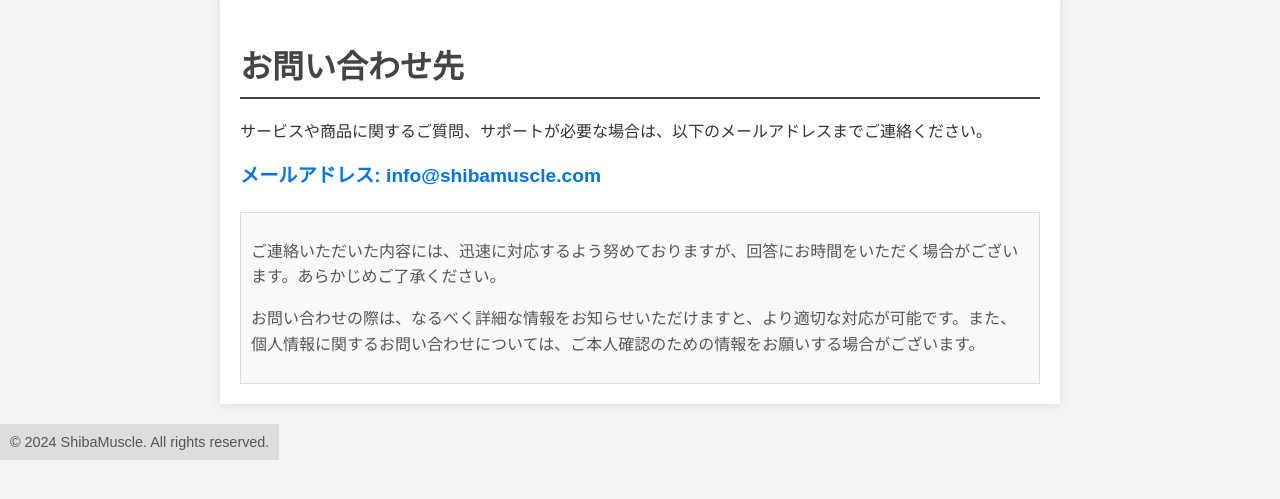
Repository: Takahshiba/shibamuscle.github.io
Page: ShibaMuscle/Others/Contact.html
The author's editor kept a record of every edit. The page is drawn from the files as they stood at one moment, then again after the next edit.
The browser window is 1280 px wide. The pictures show the whole page.

Above is the page before.

After the next edit:
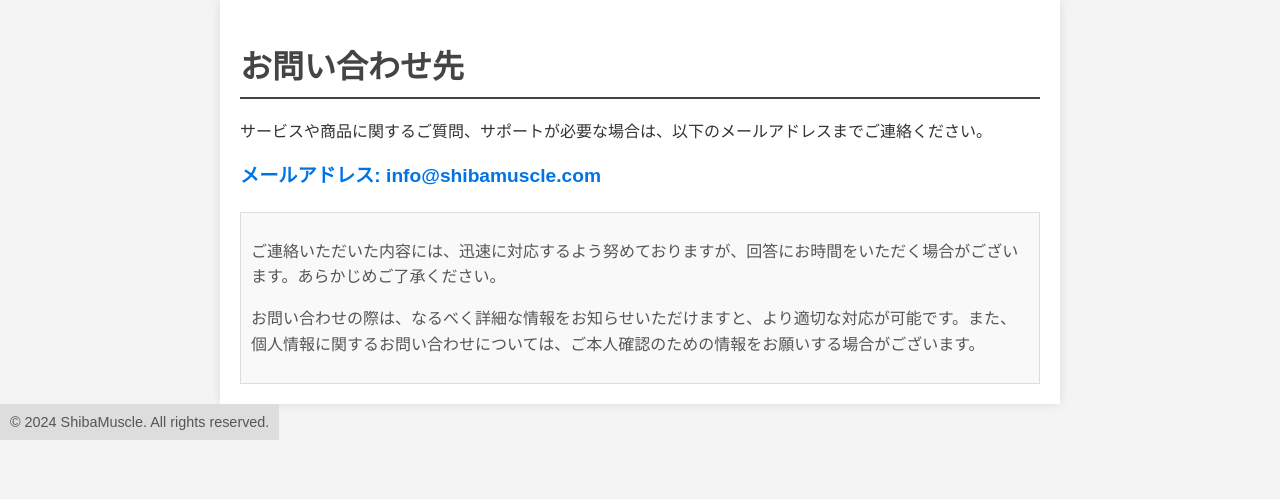
The edit:
--- a/ShibaMuscle/Others/Contact.html
+++ b/ShibaMuscle/Others/Contact.html
@@ -50,7 +50,8 @@
         }
         footer {
             text-align: center;
-            margin-top: 20px;
+            margin-top: auto;
+    　　　　width: 100%;
             padding: 10px;
             background: #ddd;
             font-size: 0.9em;
